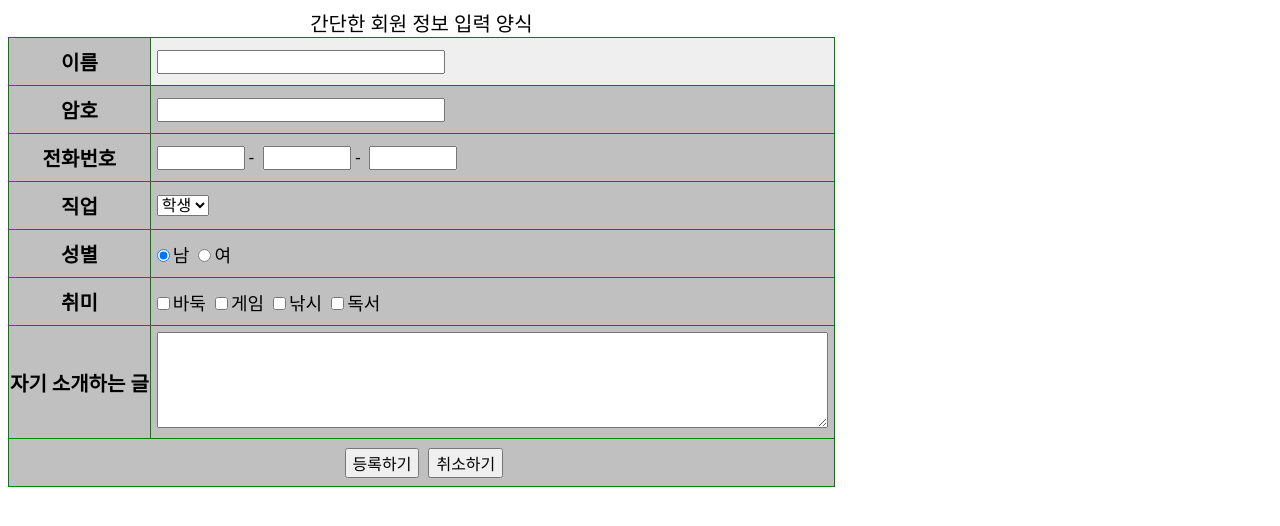
Repository: yoonanet/Web_Workspaces
Page: JavaScript/src/main/webapp/quiz/3.8_quiz.html
These files come from the project's save history. The page is drawn as it stood at one moment and after the next save; the edit follows.
The browser window is 1280 px wide. The pictures show the whole page.

Above is the page before, as saved 2023-03-12 12:39:10.

After the next save:
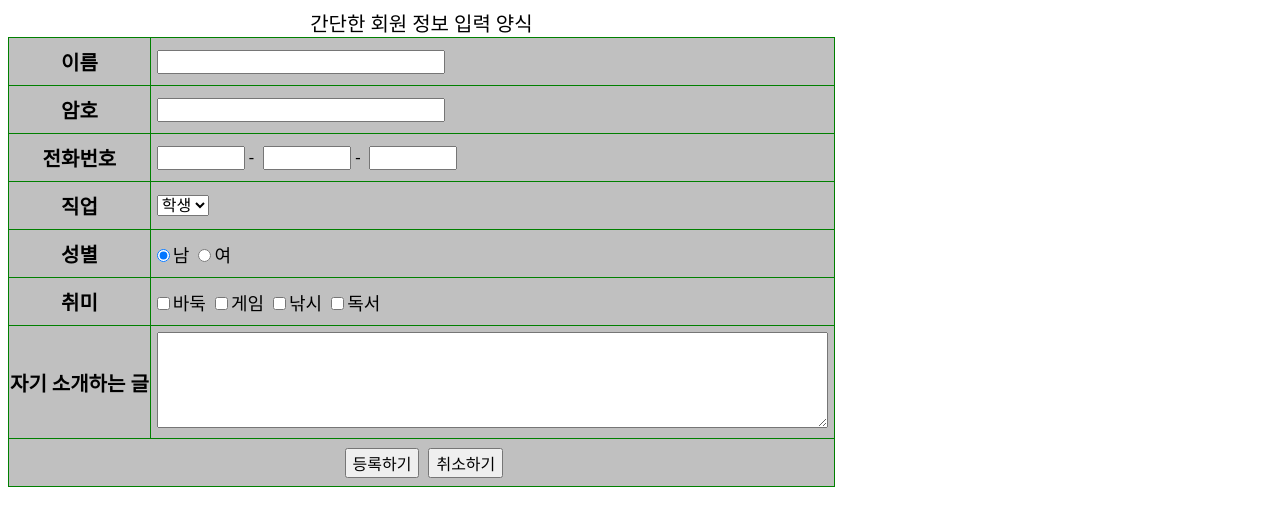
Saved 61 s later.
--- a/JavaScript/src/main/webapp/quiz/3.8_quiz.html
+++ b/JavaScript/src/main/webapp/quiz/3.8_quiz.html
@@ -62,12 +62,6 @@
 <script type="text/javascript">
 
 window.onload = function(){
-
-	var inputClass = document.getElementById('name');
-
-	(inputClass.value.length > 0) ?
-		inputClass.parentNode.style.backgroundColor = '#fff':
-		inputClass.parentNode.style.backgroundColor = '#efefef';
 
 	var form = document.getElementById('my_form');
 
